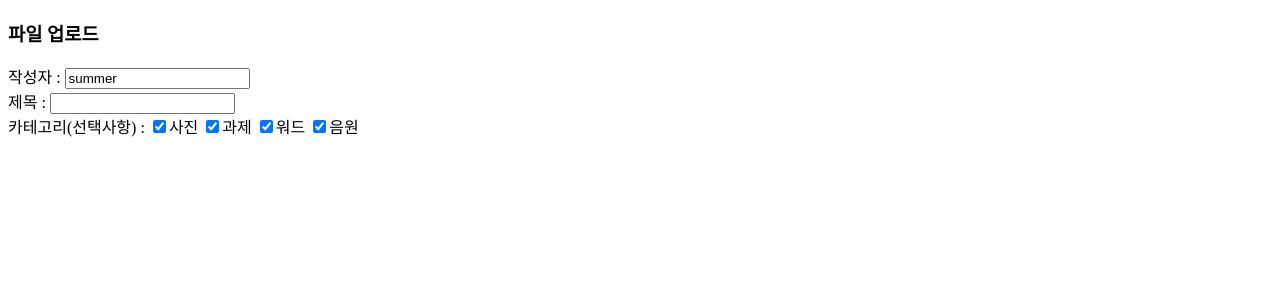
Repository: Suminmer/JSP-practice
Page: http://localhost/MustHaveJSP/12FileUpload/FileUploadMain.jsp
The author's editor kept a copy of each file at every save. The page is drawn from the files as they stood at one save, then again after the next save.
The browser window is 1280 px wide. The pictures show the whole page.
The page is served by Tomcat 9. Other server files are loaded and not shown.

Above is the page before, as saved 2022-04-26 01:57:53.

### MustHaveJSP/src/main/webapp/12FileUpload/FileUploadMain.jsp
<%@ page language="java" contentType="text/html; charset=UTF-8"
    pageEncoding="UTF-8"%>
<!DOCTYPE html>
<html>
<head>
<meta charset="UTF-8">
<title>FileUpload</title>
<script>
	function validateForm(form) {
		if (form.name.value == "") {
			alert("작성자를 입력하세요.");
			form.name.focus();
			return false;
		}
		if (form.title.value == "") {
			alert("제목을 입력하세요.");
			form.title.focus();
			return false;
		}
		if (form.attachedFile.value == "") {
			alert("첨부파일은 필수 입력입니다.");
			return false;
		}
	}
</script>
</head>
<body>
	<h3>파일 업로드</h3>
	<span style="color: red;">${errorMessage}</span>
	<form name="fileForm" method="post" enctype="multipart/form-data"
			action="UploadProcess.jsp" onsubmit="return validateForm(this);">
		작성자 : <input type="text" name="name" value="summer"/><br/>
		제목 : <input type="text" name="title"/><br/>
		카테고리(선택사항) :
			<input type="checkbox" name="cate" value="사진" checked/>사진
			<input type="checkbox" name="cate" value="과제" checked/>과제
			<input type="checkbox" name="cate" value="워드" checked/>워드
			<input type="checkbox" name="cate" value="음원" checked/>음원
	</form>
</body>
</html>

After the next save:
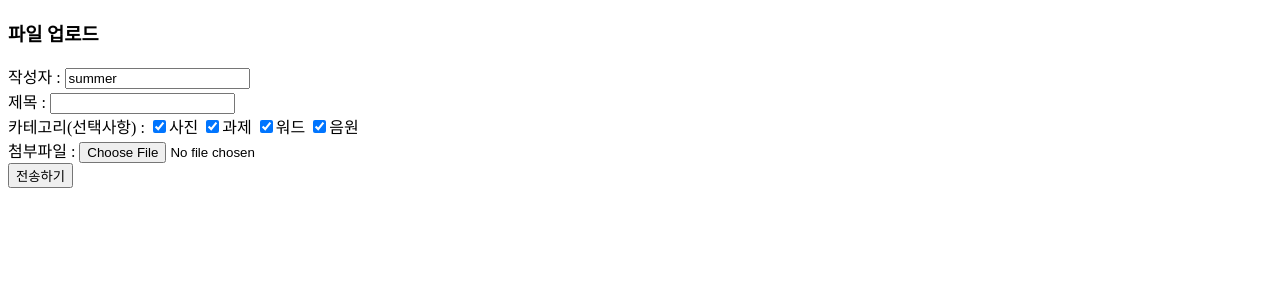
Saved 44 s later.
--- a/MustHaveJSP/src/main/webapp/12FileUpload/FileUploadMain.jsp
+++ b/MustHaveJSP/src/main/webapp/12FileUpload/FileUploadMain.jsp
@@ -35,7 +35,9 @@
 			<input type="checkbox" name="cate" value="사진" checked/>사진
 			<input type="checkbox" name="cate" value="과제" checked/>과제
 			<input type="checkbox" name="cate" value="워드" checked/>워드
-			<input type="checkbox" name="cate" value="음원" checked/>음원
+			<input type="checkbox" name="cate" value="음원" checked/>음원<br/>
+		첨부파일 : <input type="file" name="attachedFile"/><br/>
+		<input type="submit" value="전송하기"/>
 	</form>
 </body>
 </html>
